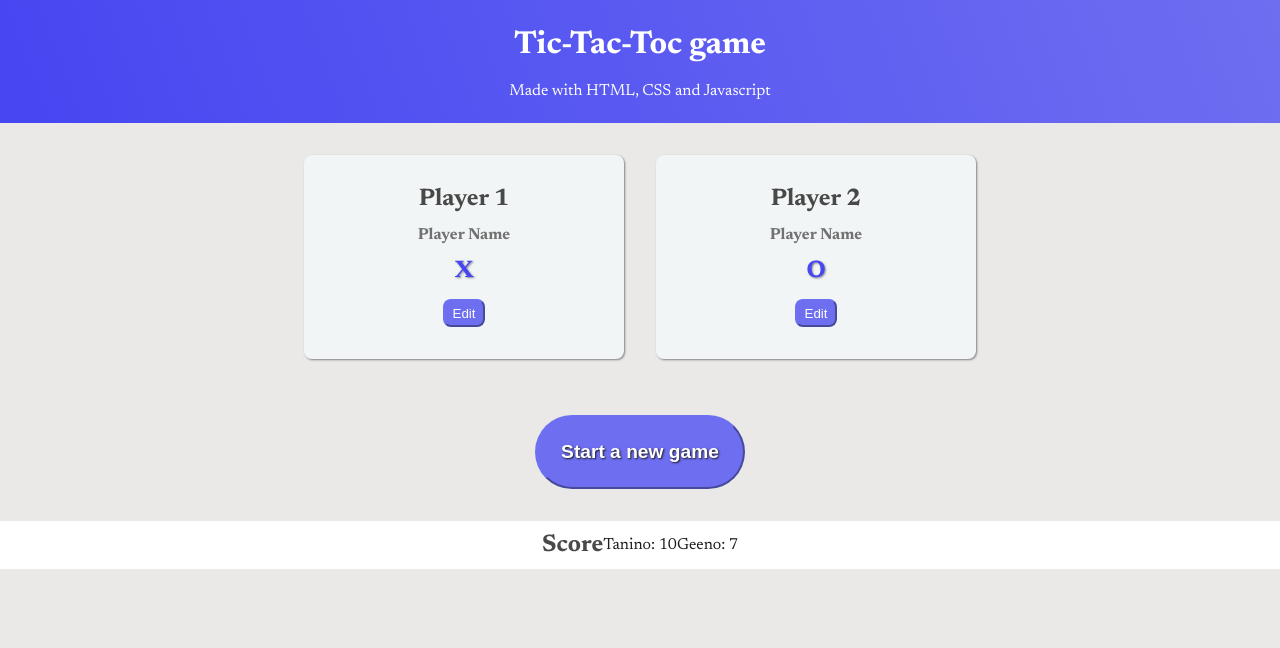
Repository: MicTomm/Tic-tac-toe-game
Page: index.html
The author's editor kept a copy of each file at every save. The page is drawn from the files as they stood at one save, then again after the next save.
The browser window is 1280 px wide. The pictures show the whole page.

Above is the page before, as saved 2023-06-26 19:13:18.

### index.html
<!DOCTYPE html>
<html lang="en">

<head>
    <meta charset="UTF-8">
    <meta name="viewport" content="width=device-width, initial-scale=1.0">
    <title>Tic-Tac-Toe</title>
    <link rel="preconnect" href="https://fonts.googleapis.com">
    <link rel="preconnect" href="https://fonts.gstatic.com" crossorigin>
    <link href="https://fonts.googleapis.com/css2?family=Newsreader:wght@400;700&display=swap" rel="stylesheet">
    <link href="/styles/styles.css" rel="stylesheet">
    <link href="/styles/overlay.css" rel="stylesheet">
    <link href="/styles/game-configuration.css" rel="stylesheet">
    <link href="/styles/game-execution.css" rel="stylesheet">
    <script src="/scripts/configuration.js" defer></script>
    <script src="/scripts/game.js" defer></script>
    <script src="/scripts/app.js" defer></script>
</head>

<body>
    <div id="back-drop"></div>
    <header id="main-header">
        <h1>Tic-Tac-Toc game</h1>
        <p>Made with HTML, CSS and Javascript</p>
    </header>
    <main>
        <aside id="aside-container">
            <header id="id=" aside-header>
                <h2>Chose your name</h2>
            </header>
            <form>
                <div id="aside-input-container">
                    <label for="choosing-player-name" id="choosing-player-name-label">Player name</label>
                    <input type="text" id="choosing-player-name" name="player-name" required>
                    <div id = "input-validation-error-container">
                        <svg xmlns="http://www.w3.org/2000/svg" fill="none"
                        viewBox="0 0 24 24" stroke-width="1.5" stroke="currentColor" class="w-6 h-6">
                        <path stroke-linecap="round" stroke-linejoin="round"
                            d="M12 9v3.75m9-.75a9 9 0 11-18 0 9 9 0 0118 0zm-9 3.75h.008v.008H12v-.008z" />
                        </svg>
                        <p id="input-validation-error"></p>
                    </div>

                </div>
                <div id="aside-buttons-container">
                    <button type="button" class="btn alternative-btn" id="cancel-btn">
                        Cancel
                    </button>
                    <button type="submit" class="btn">Confirm</button>
                </div>
            </form>
        </aside>
        <section id="game-configuration">
            <div id="game-configuration-container">
                <article>
                    <div id="player1-container">
                        <h2>Player 1</h2>
                        <p id="player1-name">Player Name</p>
                        <p class="symbol">X</p>
                        <button id="edit-p1-btn" class="btn" data-playerid="1">Edit</button>
                    </div>
                </article>
                <article>
                    <div id="player2-container">
                        <h2>Player 2</h2>
                        <p id="player2-name">Player Name</p>
                        <p class="symbol">O</p>
                        <button id="edit-p2-btn" class="btn" data-playerid="2">Edit</button>
                    </div>
                </article>
            </div>
            <div id="start-game-container">
                <button type="button" id="start-game-btn" class="btn">Start a new game</button>
            </div>
        </section>

        <div id="score-container">
            <div id="score-h2-div">
            <h2>Score</h2>
        </div>
            <div id="p1-score">
                <p>Tanino: <span>10</span></p>
            </div>
            <div id="p2-score">
                <p>Geeno: <span>7</span></p>
            </div>
        </div>

        <section id="game-execution">



            <article id="game-over">
                <h2>You won, <span id="winner-player-name">PLAYER NAME</span>!</h2>
                <p>Click the "Start New Game" button above, to start a new game!</p>
            </article>

            <p id="p-turn">It's your turn <span id="active-player-name">PLAYER NAME</span> !</p>
            <ol id="game-board">
                <li value="1"></li>
                <li value="2"></li>
                <li value="3"></li>

                <li value="4"></li>
                <li value="5"></li>
                <li value="6"></li>

                <li value="7"></li>
                <li value="8"></li>
                <li value="9"></li>
            </ol>
        </section>
        </section>
    </main>

</body>

</html>

### styles/styles.css
body {
    margin: 0;
    background-color: rgb(235, 232, 232);
    font-family: 'Newsreader', serif;
    color: rgb(27, 27, 27);
}

h2 {
    margin: 0rem;
    color: rgb(27, 27, 27, 0.8);
    text-shadow: .5px .5px 1px rgba(255, 255, 255, 0.5);
}

#main-header {
    background: linear-gradient(70deg, rgb(70, 70, 242), rgb(110, 110, 241));
    color: white;
    padding: 0.5rem 5%;
    text-align: center;
}

.btn {
    background-color: rgb(110, 110, 241);
    border-color: rgb(110, 112, 241);
    color: white;
    border-radius: 8px;
    padding: 0.3rem 0.5rem;
    cursor: pointer;
}

.alternative-btn {
    background-color: rgb(223, 223, 239);
    border-color: transparent;
    color: rgb(27, 27, 27);
    margin: 0.5rem;
}

.btn:hover {
    background-color: rgb(127, 127, 233);
    box-shadow: 1px 1px 2px rgb(27, 27, 27);
}

.alternative-btn:hover {
    background-color: rgb(210, 210, 235);
    border-color: rgb(205, 205, 233);
}

aside h2,
aside label {
    color: rgb(110, 110, 241);
    text-shadow: .5px .5px 1px rgb(27, 27, 27, 0.5);
}

form label {
    display: block;
    margin-bottom: .5rem;
}

form input {
    padding: .3rem;
    border-color: transparent;
    border-radius: 8px;
    font-family: inherit;
}

form input:hover,
form input:focus {
    outline: rgb(110, 110, 241) auto 1px;
}

form #aside-buttons-container {
    display: flex;
    flex-flow: row;
    justify-content: center;
    align-items: center;
    margin: .5rem;
}

### styles/overlay.css
#aside-container {
text-align: center;
    background-color: rgb(241, 245, 245);
    width: 90%;
    margin: 0rem auto;
    border-radius: .6rem;
    padding: .5rem 0rem;
    position: fixed;
    top: 25%;
    left: 5%;
    display: none;
}

#back-drop {
    background-color: rgba(86, 78, 78, 0.5);
    width: 100%;
    height: 100%;
    position: fixed;
    display: none;
}

aside h2,
aside label {
    color: rgb(110, 110, 241);
    text-shadow: .5px .5px 1px rgb(27, 27, 27, 0.5);
}

form label {
    display: block;
    margin-bottom: .5rem;
}

.choosing-player-name-label-error{
    color: red;
}

form input {
    padding: .3rem;
    border-color: transparent;
    border-radius: 8px;
    font-family: inherit;
    font-weight: 700;
    color: rgb(27, 27, 27, 0.7);
    text-align: center;
    width: 40%;
    margin: .1rem 30%;
}

.choosing-player-name-error{
    border-color:red;
    background-color: rgb(244, 183, 183);
}

form input:hover,
form input:focus {
    outline: rgb(110, 110, 241) auto 1px;
}

form #aside-buttons-container {
    display: flex;
    flex-flow: row;
    justify-content: center;
    align-items: center;
    margin: .5rem;
}

#input-validation-error-container{
    height: 1rem;
    width: 40%;
    margin: .1rem 30%;
    display: none;
    color: red;
}

#input-validation-error{
    font-size: .8rem;
    margin: 0 0 0 .2rem;
    padding-top: 0.2rem;
}

svg{
    height: 1rem;
    width: 1rem;
}

@media (min-width: 48rem) {

    #aside-container {
        position: fixed;
        top: 25%;
        left: calc(50% - 20rem);
        width: 40rem;
    }

}

### styles/game-configuration.css
#game-configuration{
    display: flex;
    flex-flow: column;
    align-items: center;
    margin: 2rem auto;
    width: 90%;
}

#game-configuration-container{
    display: flex;
    flex-flow: row;
    justify-content: center;
    align-items: center;
    margin-bottom: 3.5rem;
}

#player1-container,
#player2-container{
    background-color: rgb(241, 245, 245);
    margin: 0rem 1rem;
    padding: 2rem 0rem;
    display: flex;
    flex-flow: column;
    justify-content: center;
    align-items: center;
    width: 20rem;
    border-radius: 8px;
    box-shadow: 1px 1px 2px rgb(27, 27, 27, 0.5);
}

#game-configuration p{
    color: rgb(27, 27, 27, 0.6);
    font-weight: bold;
}

#game-configuration .symbol{
    margin: 0rem 0rem 1rem 0rem;
    font-weight: 700;
    font-size: 1.5rem;
    color: rgb(70, 70, 242);
    text-shadow: 1px 1px 2px rgb(27, 27, 27, 0.5);
}

#start-game-container{
    display: block;

}

#start-game-btn{
    padding: 1.5rem;
    border-radius: 20rem;
    font-size: 1.2rem;
    font-weight: 700;
    text-shadow: 1px 1px 2px rgb(27, 27, 27);
    cursor: pointer;
}

#start-game-btn:hover{
    background: linear-gradient(70deg, rgb(152, 228, 40), rgb(70, 70, 242));
}

### styles/game-execution.css
#game-execution{
    width: 90%;
    margin: 2rem auto;
    text-align: center;
    display: none;
}

#game-over{
    display: none;
    margin: 0rem auto;
    padding: 1rem;
    background: linear-gradient(70deg, rgb(68, 68, 248), rgb(143, 143, 242));
    border-radius: 10px;
    box-shadow: 1px 1px 2px rgb(27, 27, 27, 0.5);
    max-width: 40rem;
}

#game-over p{
    color: white;
    text-shadow: .5px .5px 1px rgb(27, 27, 27, 0.5);
    font-weight: 400;
}

#p-turn{
    color: rgb(67, 74, 67);
    font-weight: 700;
    font-size: 1.5rem;
    text-shadow: .5px .5px 1px rgb(27, 27, 27, 0.8);
    display: none;
}

#active-player-name{
    color: rgb(38, 177, 38);
}

#game-board{
    display: none;
    justify-content: center;
    grid-template-columns: repeat(3, 6rem); /*lo stesso che scrivere 6rem 6rem 6rem*/
    grid-template-rows: repeat(3, 6rem);
    list-style: none;
    gap: .5rem;
    padding: 0rem;
}

#game-execution li{
    background-color: rgb(143, 143, 242);
    display: flex;
    justify-content: center;
    align-items: center;
    color: rgb(27, 27, 27, 0.5)l;
    font-weight: 700;
    text-shadow: .5px .5px 1px rgb(255, 255, 255, 0.7);
    font-size: 2rem;
    border-radius: 8px;
    cursor: pointer;
}

#game-execution li:hover{
    background-color: rgb(68, 68, 248);
    text-shadow: .5px .5px 1px rgb(27, 27, 27);
    color: white;
}

#game-execution li.disabled{
    background-color: rgb(68, 68, 248);
    text-shadow: .5px .5px 1px rgb(27, 27, 27);
    cursor: default;
    color: white;
}

#score-container{
    display: flex;
    justify-content: center;
    align-items: center;
    background-color: white;
}

#score-h2-div{
    display: inline-block;
}

### scripts/configuration.js
function editPlayerConfiguration(event) {
    /**
     * playerid è un attributo che realizzo nel file .html (data-playerid), per gli elementi edit-p1-btn
     * e edit-p2-btn, al fine di tracciare quale dei due button-edit sto cliccando, ed utilizzarne
     * l'identificativo estrapolato in js.
     *
     * Si possono aggiungere più attributi(proprietà) allo stesso elemento.
     *
     * l'attributo si realizza sempre facendo succedere una o più stringhe di testo alla stringa 'data-'.
     * Bisogna scrivere le stringhe tutto in minuscolo perché, se faccio console.dir(event), facendo
     * drilling fino alla voce target, posso constatare che, anche se scrivo in camelcase, l'attributo
     * viene registrato tutto in lowercase.
     *
     * Se voglio scrivere invece che data-playerid, data-player-id, nel codice js devo poi estrapolarlo come:
     * event.target.dataset['player-id']
     */
    const playerIdSelected = event.target.dataset.playerid;
    playerId = playerIdSelected;

    isNotToCancel = false;

    console.log(players[playerId - 1].name);

    if (players[playerId - 1].name){
        inputValidationInput.value = players[playerId - 1].name;
    } else {
        inputValidationInput.value = '';
    }

    console.log(playerId);


    overlay.style.display = 'block';
    backdrop.style.display = 'block';


}

function cancelPlayerConfiguration() {
    overlay.style.display = 'none';
    backdrop.style.display = 'none';
    removeInputError();

    console.log(isNotToCancel);

    if(!isNotToCancel){
        console.log('to cancel');
        players[playerId - 1].name = '';
        console.log(players[playerId - 1].name);

        if(playerId == players[playerId - 1].id){
            player1Name.textContent = 'Player Name';
        } else {
            player2Name.textContent = 'Player Name';
        }
    }
}

function savePlayerConfig(event) {
    /*
    preventDefault() evita che venga eseguito il comportamento di default quando viene inviato
    il form.
    Tale comportamento consiste nell' inviare una richiesta GET al web server che la processerà,
    nel mio caso il server locale.
    */
    event.preventDefault();

    /*
    event è un oggetto js generato automaticamente dal browser al verificarsi di un evento, e che lo
    descrive.
    Con l'attributo target, si punta direttamente all'elemento HTML che ha generato l'evento.
    In questo caso il form, perché è stato il form ad essere inviato.

    new FormData è una built-in function che è resa disponibile direttamente nel browser in js.
    Con 'new', istanzio un oggetto di tipo FormData, e passandogli come parametro il pointer al form,
    posso estrapolare tutte le informazioni submitted che, in HTML presentano l'ttributo 'name' nel
    rispettivo input-element.
    */
    const formData = new FormData(event.target);
    playerName = formData.get('player-name').trim();
    console.log('Player name: ' + playerName);

    /*  Una stringa vuota è un falsy-value
    Una stringa che ha un valore è un truly-value
    Quindi, sto dicendo: se la stringa non è truly
    */
    if (!playerName) {

        inputValidationLabel.classList.add('choosing-player-name-label-error');
        inputValidationInput.classList.add('choosing-player-name-error');

        inputValidationErrorContainer.style.display = 'flex';
        inputValidationErrorContainer.style.flexFlow = 'row';
        inputValidationErrorContainer.style.justifyContent = 'center';
        inputValidationErrorContainer.style.alignItems = 'center';
        inputValidationErrorParagraph.textContent = 'Please, enter valid a name!';
        return;
    }
    else {
        removeInputError();

        players[playerId - 1].name = playerName;


        if (playerId == 1) {
            player1Name.textContent = playerName;
        } else {
            player2Name.textContent = playerName;
        }

        isNotToCancel = true;

        cancelPlayerConfiguration();
    }

}

function removeInputError() {
    inputValidationErrorContainer.style.display = 'none';
    inputValidationInput.classList.remove('choosing-player-name-error');
    inputValidationLabel.classList.remove('choosing-player-name-label-error');
}

### scripts/game.js
function startNewGame() {
    if (players[0].name === '' || players[1].name === '') {
        alert('Please, set a custom player name');
        return;
    }

    gameExecutionSection.style.display = 'block';
    gameBoard.style.display = 'grid';
    gameOver.style.display = 'none';
    pPlayerTurn.style.display = 'block';
    spanPlayerTurn.textContent = players[activePlayer].name;

    if (isGameEnded) {
        gameOver.style.display = 'none';
        pPlayerTurn.style.display = 'block';

        p1SelectedFieldSet.length = 0;
        p2SelectedFieldSet.length = 0;
        for (const cell of gameBoardCells) {
            cell.classList.remove('disabled');
            cell.textContent = '';
            cell.style.cursor = 'pointer';
            cell.addEventListener('click', fillingCell);
        }
    }

}

function fillingCell(event) {
    event.target.classList.add('disabled');
    event.target.textContent = players[activePlayer].symbol;
    playerTurnCounter++;

    //stabilisco il turno del giocatore
    if (activePlayer === 0) {
        p1SelectedFieldSet.push(event.target.value);

        if (playerTurnCounter >= 5) {

            executingTurns(p1SelectedFieldSet, 0);

        }
        activePlayer = 1;

    } else {
        p2SelectedFieldSet.push(event.target.value);

        if (playerTurnCounter >= 5) {

            executingTurns(p2SelectedFieldSet, 1);

        }

        activePlayer = 0;
    }

    //aggiorno il nome del player per il prossimo turno, e rendo la cella marcata non più cliccabile
    spanPlayerTurn.textContent = players[activePlayer].name;
    event.target.removeEventListener('click', fillingCell);

    console.log(p1SelectedFieldSet);
    console.log(p2SelectedFieldSet);

}

function executingTurns(array, playerIndex) {
    for (const solution in solutions) {
        console.log('solutions: ' + solution);
        matches = 0;
        for (const s of solutions[solution]) {
            console.log('s: ' + s);
            for (const selectedField of array) {

                if (s == selectedField) {
                    matches++;
                    console.log('s: ' + s + ' == selectedField: ' + selectedField);
                    break;
                }

            }
        }
        if (matches == 3) {
            console.log('hai vinto');
            gameOver.style.display = 'block';
            pPlayerTurn.style.display = 'none';
            winnerPlayerName.textContent = players[playerIndex].name;

            for (const cell of gameBoardCells) {
                cell.style.cursor = 'default';
                cell.removeEventListener('click', fillingCell);
            }
            isGameEnded = true;
            return;
        }
    }

}

### scripts/app.js
/*
    E' possibile puntare ad una function presente in una altro file .js
    Affinché ciò sia possibile, bisogna importare nel file .htm prima il file.js in cui è definita la
    function e successivamente il .js in cui la si utilizza.
*/
console.dir(document.body);
let playerId = 0;
let playerName;
let isNotToCancel = false;
let activePlayer = 0;
let playerTurnCounter = 0;
const p1SelectedFieldSet = [];
const p2SelectedFieldSet = [];
let matches = 0;
let isGameEnded = false;

const players = [
    {
        name: '',
        id: 1,
        symbol: 'X'
    },
    {
        name: '',
        id: 2,
        symbol: 'O'
    }
]

const solutions = {
    s1:[1,2,3],
    s2:[4,5,6],
    s3:[7,8,9],
    s4:[1,4,7],
    s5:[2,5,8],
    s6:[3,6,9],
    s7:[1,5,9],
    s8:[3,5,7]
}

const overlay = document.getElementById('aside-container');
const backdrop = document.getElementById('back-drop');

const editP1Btn = document.getElementById('edit-p1-btn');
const editP2Btn = document.getElementById('edit-p2-btn');
const cancelPConfigurationBtn = document.getElementById('cancel-btn');
const startGameBtn = document.getElementById('start-game-btn');

const form = document.querySelector('form');

const inputValidationErrorContainer = document.getElementById('input-validation-error-container');
const inputValidationLabel = document.getElementById('choosing-player-name-label');
const inputValidationInput = document.getElementById('choosing-player-name');
const inputValidationErrorParagraph = document.getElementById('input-validation-error');

const player1Name = document.getElementById('player1-name');
const player2Name = document.getElementById('player2-name');

const gameExecutionSection = document.getElementById('game-execution');
//const gameExecutionSection = document.querySelector('.game-execution');

const gameBoard = document.getElementById('game-board');
const gameBoardCells = document.querySelectorAll('#game-board li');
const pPlayerTurn = document.getElementById('p-turn');
const spanPlayerTurn = document.getElementById('active-player-name');

const gameOver = document.getElementById('game-over');
const winnerPlayerName = document.getElementById('winner-player-name');


editP1Btn.addEventListener('click', editPlayerConfiguration);
editP2Btn.addEventListener('click', editPlayerConfiguration);
cancelPConfigurationBtn.addEventListener('click', cancelPlayerConfiguration);
form.addEventListener('submit', savePlayerConfig);
startGameBtn.addEventListener('click', startNewGame);

for (const cell of gameBoardCells){
    cell.addEventListener('click', fillingCell);
}

After the next save:
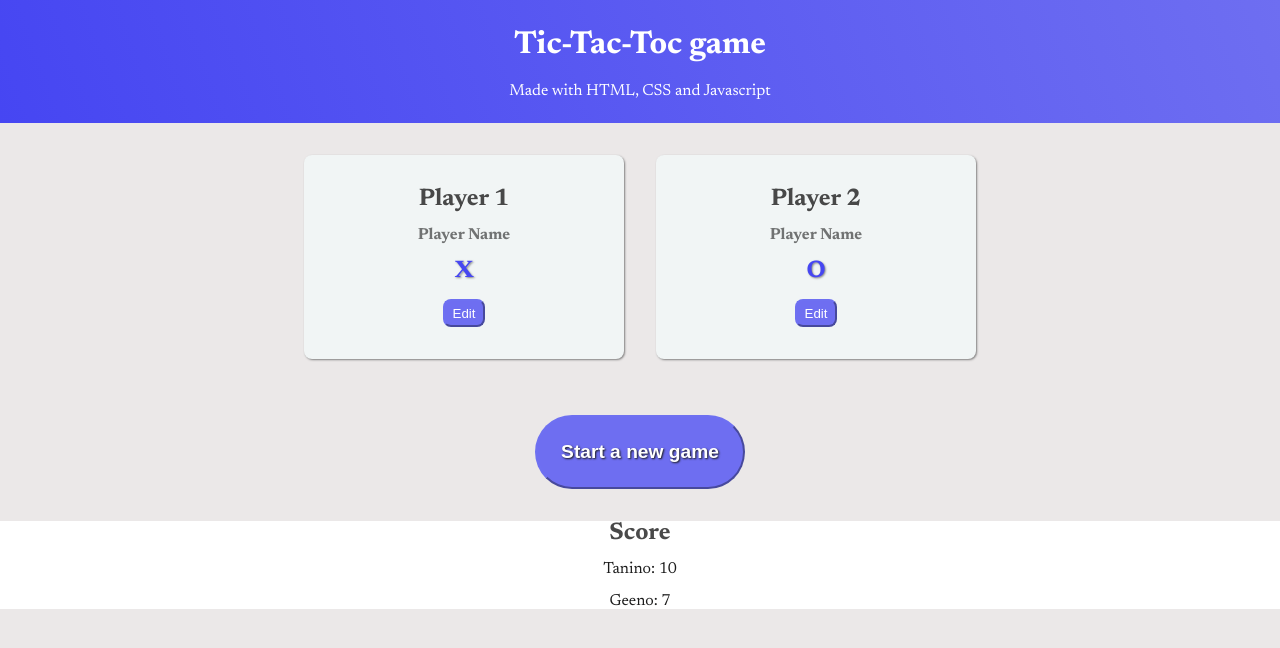
Saved 93 s later.
--- a/styles/game-execution.css
+++ b/styles/game-execution.css
@@ -70,12 +70,10 @@
 }
 
 #score-container{
-    display: flex;
-    justify-content: center;
-    align-items: center;
+    text-align: center;
     background-color: white;
 }
 
-#score-h2-div{
+#score-players-div{
     display: inline-block;
 }
